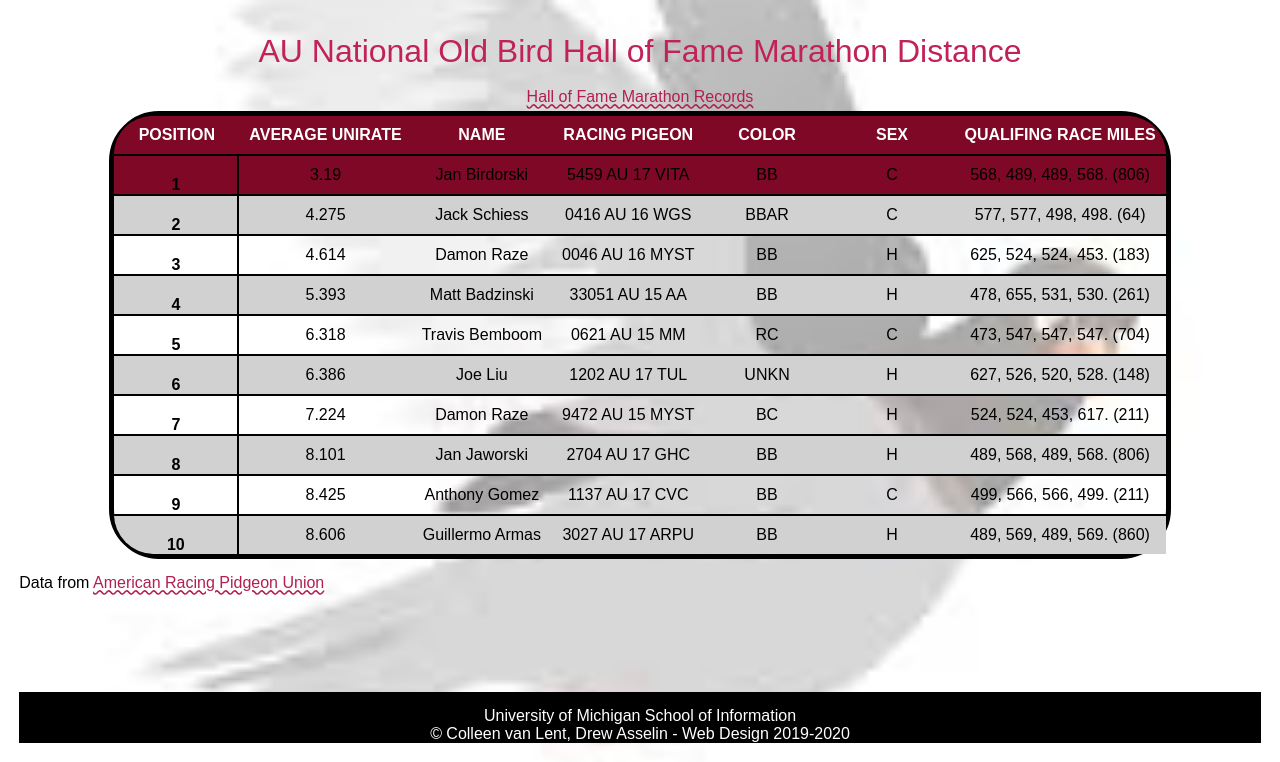
Repository: jiaqili0803/SI_539
Page: hw4-2021-main/hw4-2021-main/index.html
The author's editor kept a copy of each file at every save. The page is drawn from the files as they stood at one save, then again after the next save.
The browser window is 1280 px wide. The pictures show the whole page.
The pointer rests on the first visible `tbody tr`.
Some web fonts or font styles are not loaded; a fallback is used.

Above is the page before, as saved 2021-10-02 18:32:18.

After the next save:
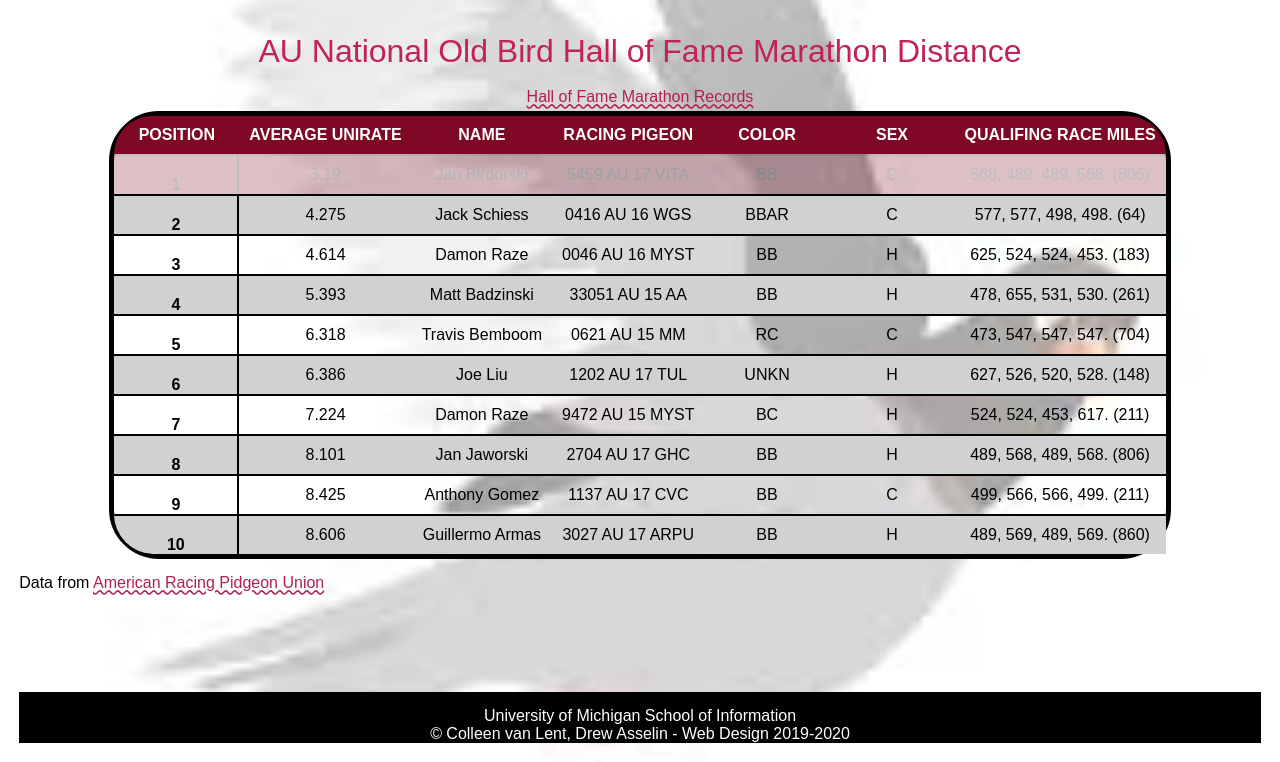
Saved 105 s later.
--- a/hw4-2021-main/hw4-2021-main/css/style.css
+++ b/hw4-2021-main/hw4-2021-main/css/style.css
@@ -133,6 +133,7 @@ tbody tr:nth-child(2n) {
 
 tbody tr:hover {
   background-color: #7e0825;
+  Opacity: 25%
 
 }
 
